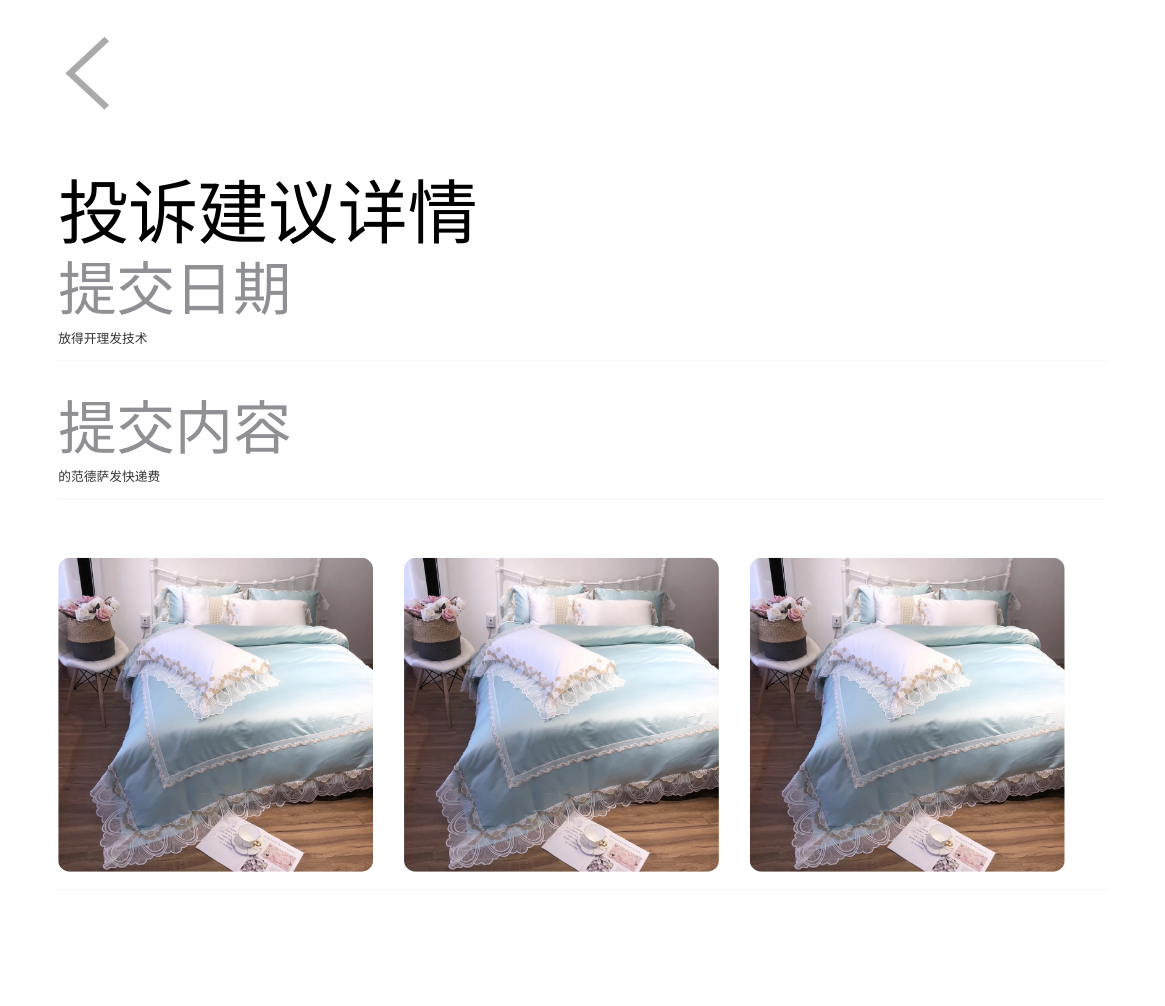
Repository: missing-star/rockBridge
Page: complaint-detail.html
The author's editor kept a copy of each file at every save. The page is drawn from the files as they stood at one save, then again after the next save.
The browser window is 1280 px wide. The pictures show the whole page, at 91% of full size.
The page's requests for data from a server got no answer.

Above is the page before, as saved 2019-04-19 15:36:47.

After the next save:
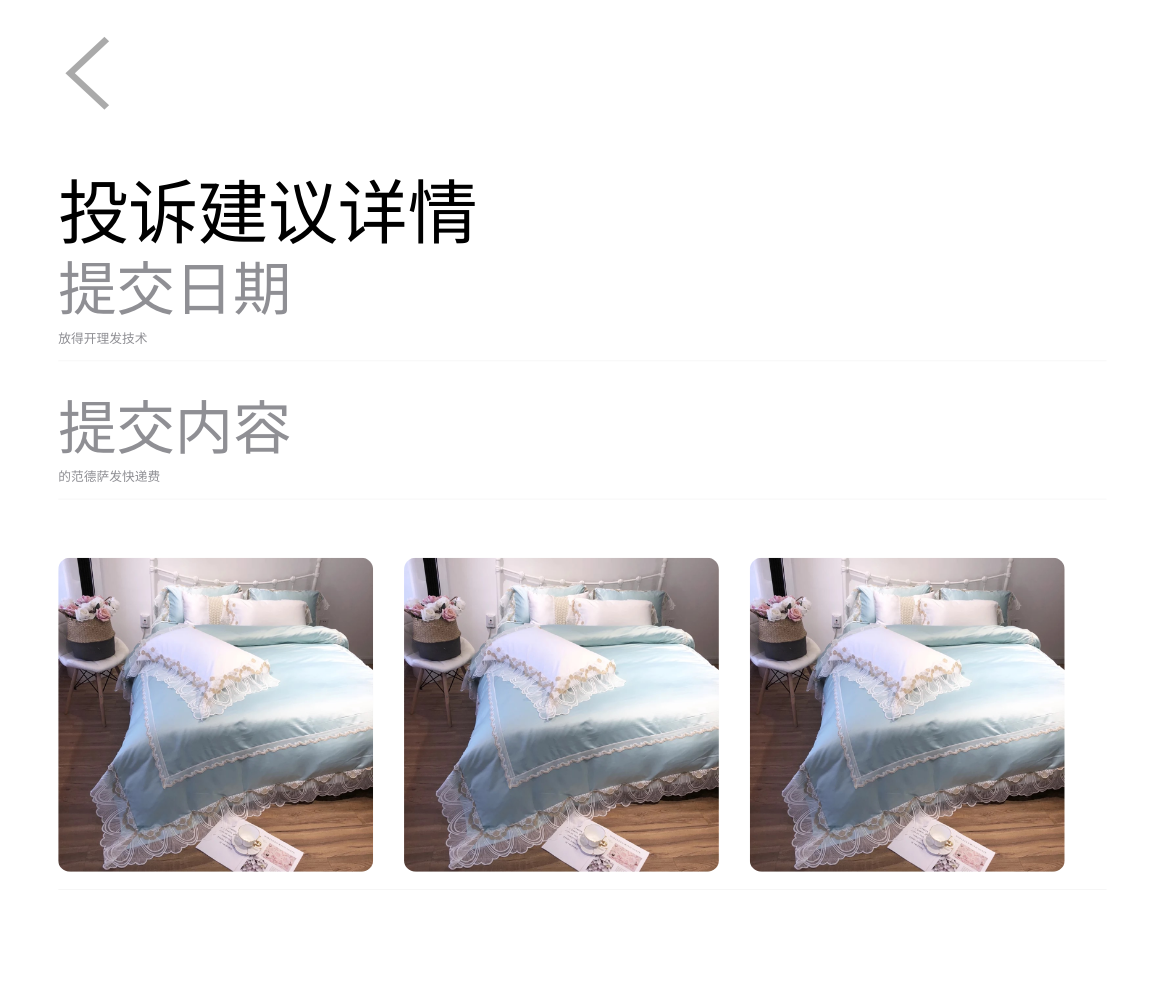
Saved 5 min 51 s later.
--- a/css/complaint-detail.css
+++ b/css/complaint-detail.css
@@ -52,5 +52,5 @@ p.title {
     margin-bottom: 0.5rem;
 }
 p.content {
-    color: #333;
+    color: #8f8f94;
 }
